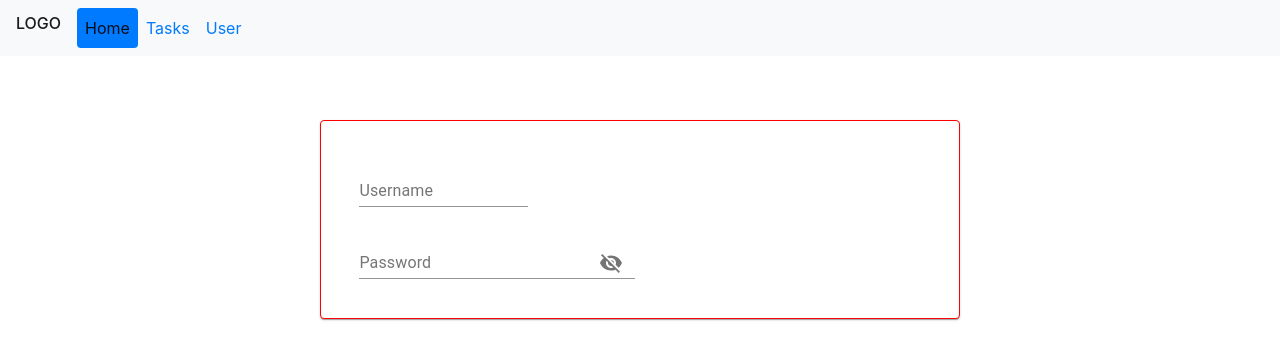
Repository: lalji-yadav/Nimapinfotech-demo-project
Page: /login
An editor plug-in stored every save of this project. The page is shown before and after the next save, followed by the edit.
The browser window is 1280 px wide. The pictures show the whole page.
The project was rebuilt for these pictures with package versions that can differ from the ones it lists, and the page was loaded fresh each time. Also part of the build but not shown: src/App.css, src/components/Home.js, src/components/Tasks.js, src/components/Users.js.

Above is the page before, as saved 2021-01-17 10:19:31.

### src/App.js
import './App.css';
import Navbar from "./components/Navbars";
import Login from "./components/Login";


function App() {
  return (
    <div>

    {/* <Login /> */}
    <Navbar />
    </div>
  );
}

export default App;

### src/components/Navbars.js
import React from 'react';
import { Navbar,Nav,NavDropdown,Form,FormControl ,Button } from 'react-bootstrap';
import {
  BrowserRouter as Router,
  Switch,
  Route,
  Link
} from "react-router-dom";

import Home from "./Home";
import Tasks from "./Tasks";
import User from "./Users";
import Login from "./Login";


const Navbars=()=> {
        return (
            <div>

              <Router>
                  <Navbar bg="light" expand="lg">
                      <Navbar.Brand> <h6>LOGO</h6></Navbar.Brand>
                      <Navbar.Toggle aria-controls="basic-navbar-nav" />
                      <Navbar.Collapse id="basic-navbar-nav">
                      <Nav variant="pills" defaultActiveKey="/">
                        <Nav.Item>
                          <Nav.Link href="/">Home </Nav.Link>
                        </Nav.Item>
                        <Nav.Item>
                          <Nav.Link eventKey="link-1"> <Link to="/tasks"> Tasks </Link> </Nav.Link>
                        </Nav.Item>
                        <Nav.Item>
                          <Nav.Link eventKey="link-2">
                          <Link to="/user"> User </Link>
                          </Nav.Link>
                        </Nav.Item>
                      </Nav>
                      </Navbar.Collapse>
                    </Navbar>


                    <Switch>
                      <Route exact path="/" component={Home} />

                      <Route exact path="/user" component={User} />

                      <Route exact path="/tasks" component={Tasks} />

                      <Route exact path="/login" component={Login} />

                    </Switch>
             </Router>

            </div>
        );
    }

export default Navbars;

### src/components/Login.js
import React from 'react';
import {IconButton, TextField,Input,InputLabel,FormControl,InputAdornment, Card} from '@material-ui/core';
import VisibilityIcon from '@material-ui/icons/Visibility';
import VisibilityOffIcon from '@material-ui/icons/VisibilityOff';

 const Login=()=> {

  const [values, setValues] = React.useState({
    password: '',
    showPassword: false,
  });

  const handleChange = (prop) => (event) => {
    setValues({ ...values, [prop]: event.target.value });
  };

  const handleClickShowPassword = () => {
    setValues({ ...values, showPassword: !values.showPassword });
  };

  const handleMouseDownPassword = (event) => {
    event.preventDefault();
  };

  return (
    <div>
      <Card style={{width:"50%", border:"1px solid red", margin:"5% 25% 0% 25%", padding:"3%"}}>

         <TextField id="Username"
            style={{width:"30%"}}
            label="Username"
            color="primary" /> <br /> <br />

        <FormControl>
          <InputLabel  style={{width:"100%"}} htmlFor="standard-adornment-password">Password</InputLabel>
          <Input
            id="standard-adornment-password"
            type={values.showPassword ? 'text' : 'password'}
            value={values.password}
            onChange={handleChange('password')}
            endAdornment={
              <InputAdornment position="end">
                <IconButton
                  aria-label="toggle password visibility"
                  onClick={handleClickShowPassword}
                  onMouseDown={handleMouseDownPassword}
                >
                  {values.showPassword ? <VisibilityIcon /> : <VisibilityOffIcon />}
                </IconButton>
              </InputAdornment>
            }
          />
        </FormControl>
      </Card>
    </div>
  );
}

export default Login;

Loaded but not shown: public/index.html (common file); src/index.js (common file); src/index.css (common file); src/reportWebVitals.js (common file); src/App.css (no copy from this time; the picture is the same without it)

After the next save:
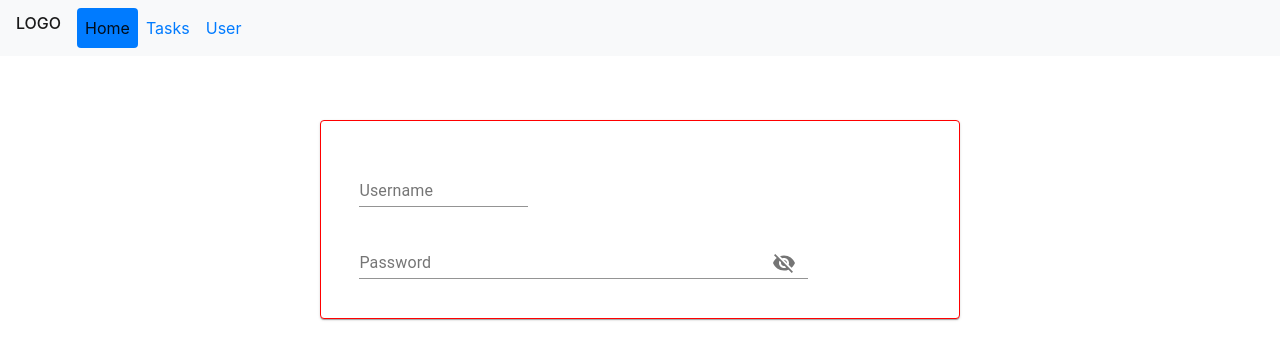
Saved 34 s later.
--- a/src/components/Login.js
+++ b/src/components/Login.js
@@ -31,8 +31,8 @@ import VisibilityOffIcon from '@material-ui/icons/VisibilityOff';
             label="Username"
             color="primary" /> <br /> <br />
 
-        <FormControl>
-          <InputLabel  style={{width:"100%"}} htmlFor="standard-adornment-password">Password</InputLabel>
+        <FormControl style={{width:"80%"}}>
+          <InputLabel htmlFor="standard-adornment-password">Password</InputLabel>
           <Input
             id="standard-adornment-password"
             type={values.showPassword ? 'text' : 'password'}
